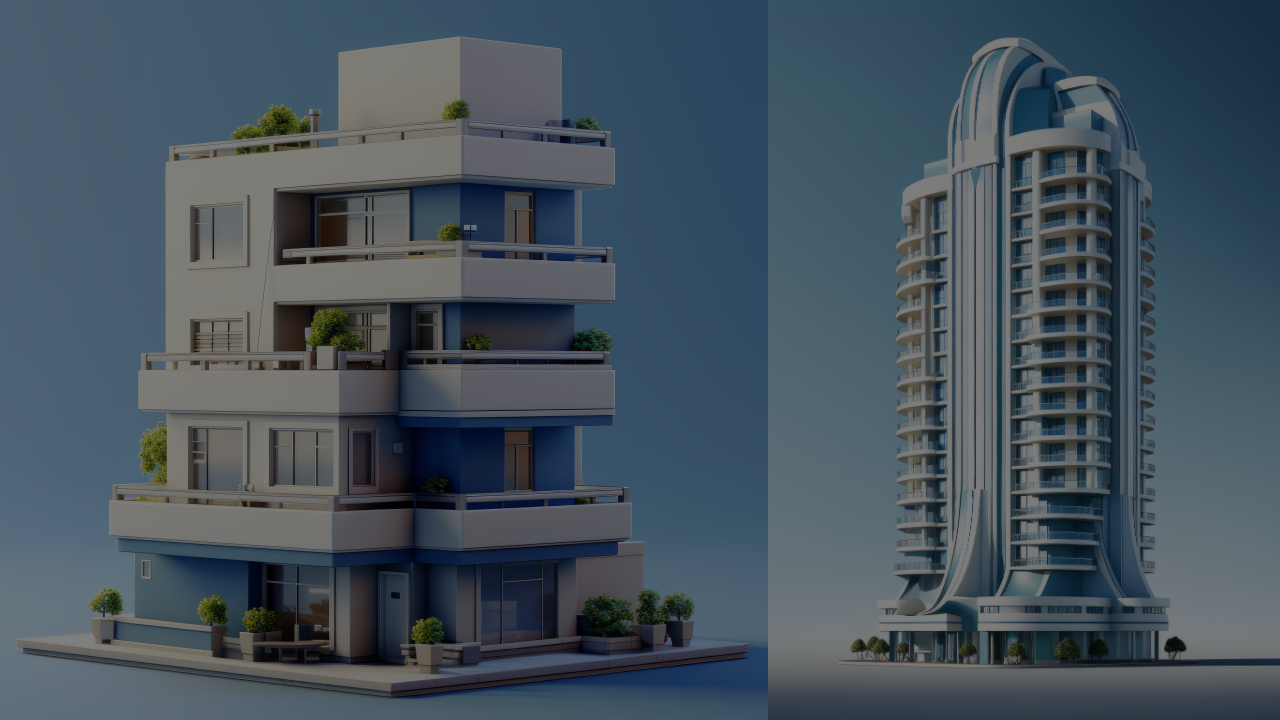
Repository: brytemenz/investnest-landing
Page: /
These files come from the project's save history. The page is drawn as it stood at one moment and after the next save; the edit follows.
The browser window is 1280 px wide. The pictures show the whole page.
The project was rebuilt for these pictures with package versions that can differ from the ones it lists, and the page was loaded fresh each time. Also part of the build but not shown: vite.config.js.

Above is the page before, as saved 2024-05-28 19:05:04.

After the next save:
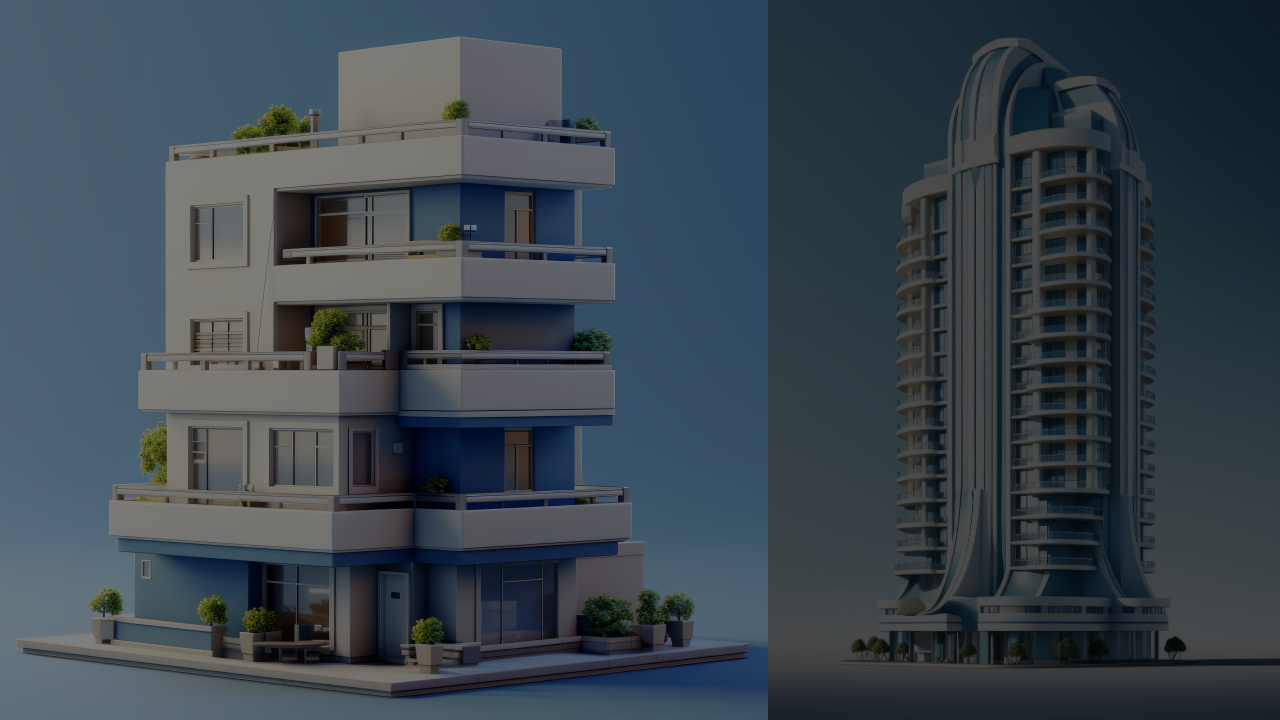
Saved 54 s later.
--- a/src/pages/landingPage.jsx
+++ b/src/pages/landingPage.jsx
@@ -12,7 +12,7 @@ const LandingPage = () => {
         <div className="bg-cover bg-center h-full" style={{ backgroundImage: `url(${leftImage})` }}></div>
       </div>
       <div className="w-2/5 relative">
-        <div className="absolute inset-0 bg-black bg-opacity-50"></div>
+        <div className="absolute inset-0 bg-black bg-opacity-70"></div>
         <div className="bg-cover bg-center h-full" style={{ backgroundImage: `url(${rightImage})` }}></div>
       </div>
     </div>
